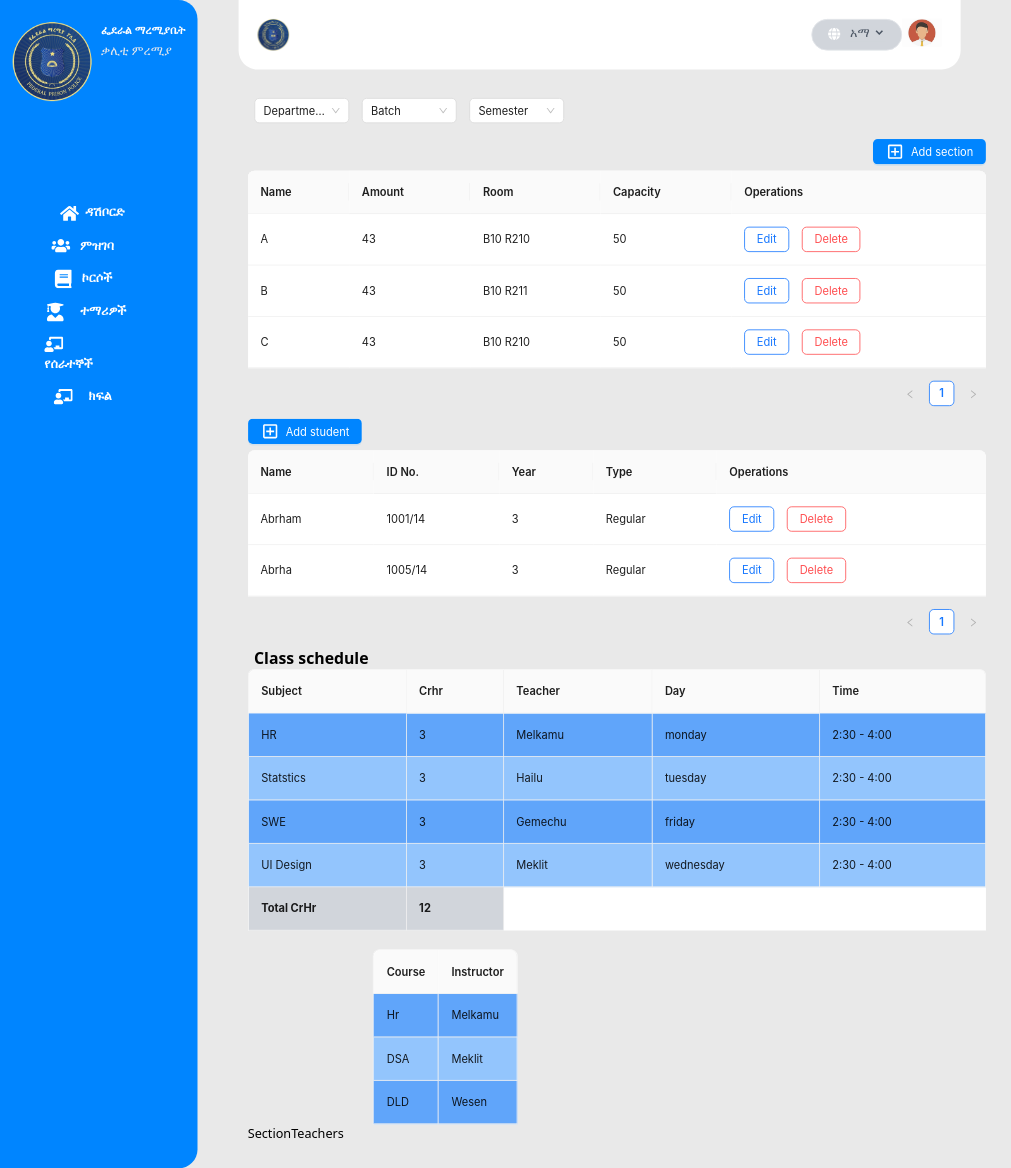
Repository: Yigoya/federal-prison-education-ms-frontend
Page: /classroom, after clicking the first element matching `td.ant-table-cell > a`
The author's editor kept a copy of each file at every save. The page is drawn from the files as they stood at one save, then again after the next save.
The browser window is 1280 px wide. The pictures show the whole page, at 79% of full size.
The project was rebuilt for these pictures with package versions that can differ from the ones it lists, and the page was loaded fresh each time. Also part of the build but not shown: vite.config.js, src/App.css, src/pages/DashBoard.jsx, src/pages/Courses.jsx, src/layout/AuthLayout.jsx, src/pages/Login.jsx, src/pages/Teachers.jsx, src/pages/StudentRegistration.jsx and 3 more. Imported but missing from the stored project, and not drawn on this page: src/pages/Students.

Above is the page before, as saved 2024-07-05 09:56:00.

After the next save:
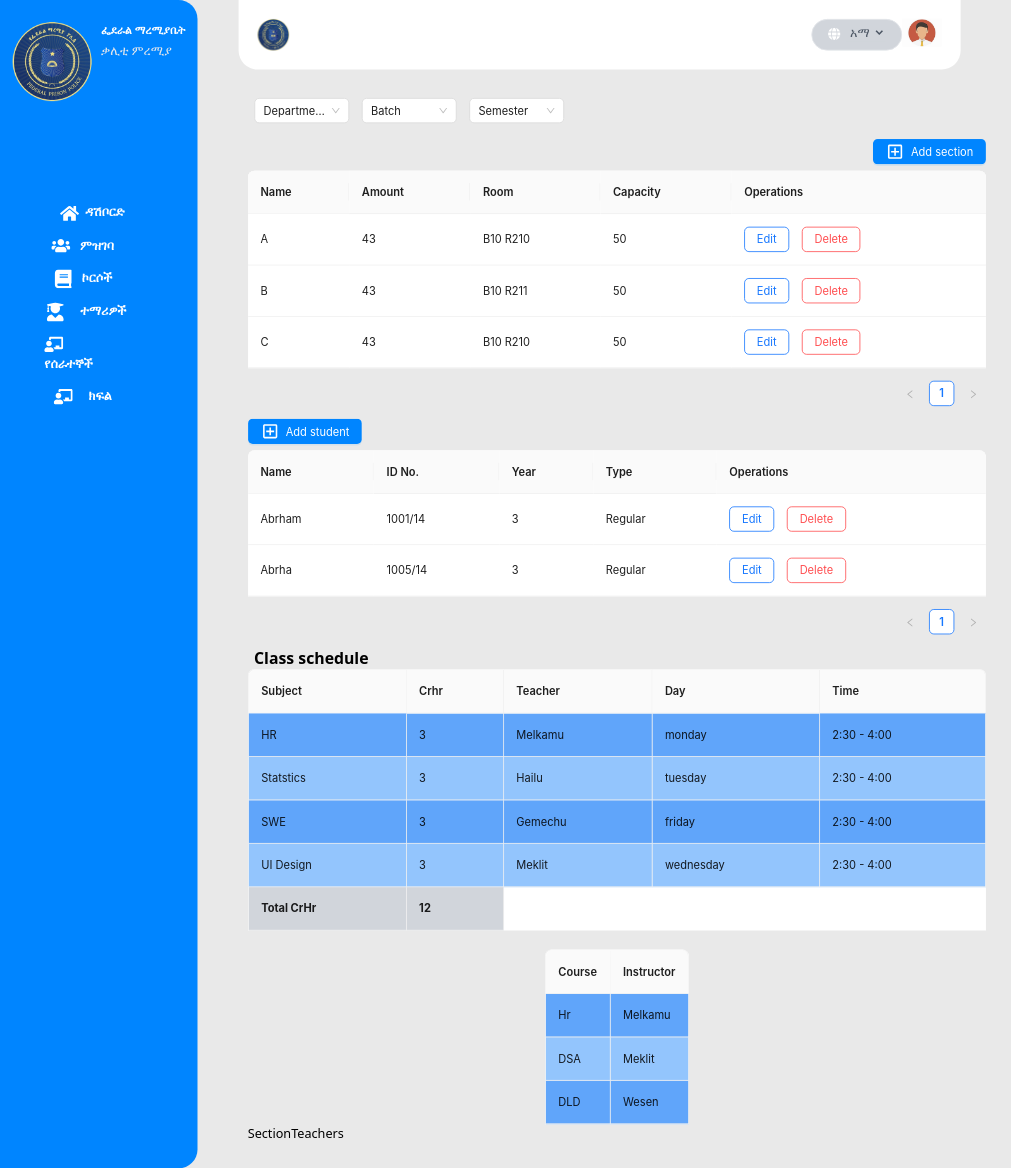
Saved 20 s later.
--- a/src/components/classroom/CoursesList.jsx
+++ b/src/components/classroom/CoursesList.jsx
@@ -29,7 +29,7 @@
 
 const CoursesList = () => (
   <>
-    <div className="w-[500px] flex justify-center">
+    <div className=" flex justify-center">
       <Table
         columns={columns}
         dataSource={data}
